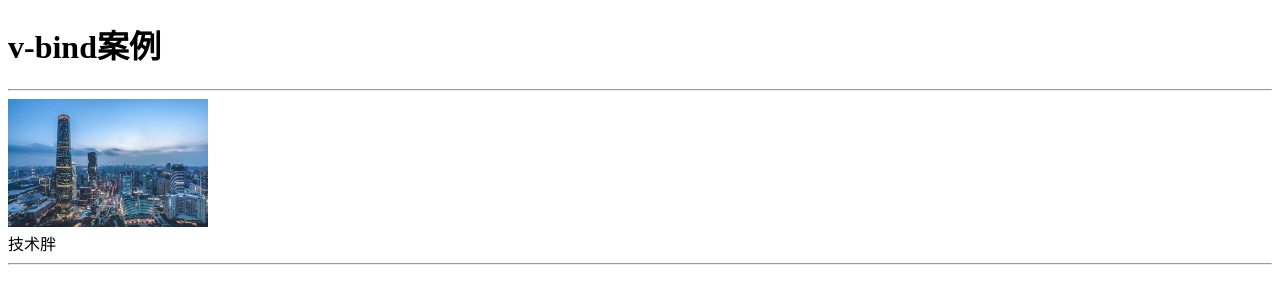
Repository: 13982720426/vue2.0-LearningNotes
Page: example/v-bind.html
These files come from the project's save history. The page is drawn as it stood at one moment and after the next save; the edit follows.
The browser window is 1280 px wide. The pictures show the whole page.

Above is the page before, as saved 2021-06-24 13:37:07.

After the next save:
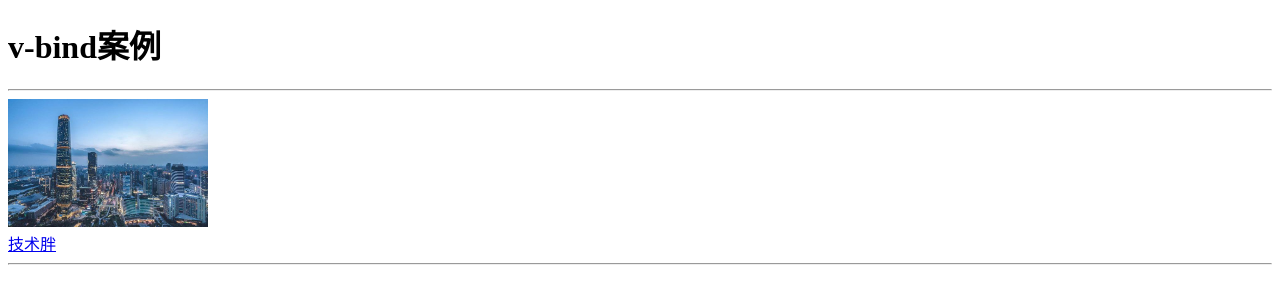
Saved 4 s later.
--- a/example/v-bind.html
+++ b/example/v-bind.html
@@ -21,6 +21,7 @@
         el: '#app',
         data: {
           imgSrc: './1.jpeg',
+          jspang: 'http://jspang.com',
         },
       });
     </script>
